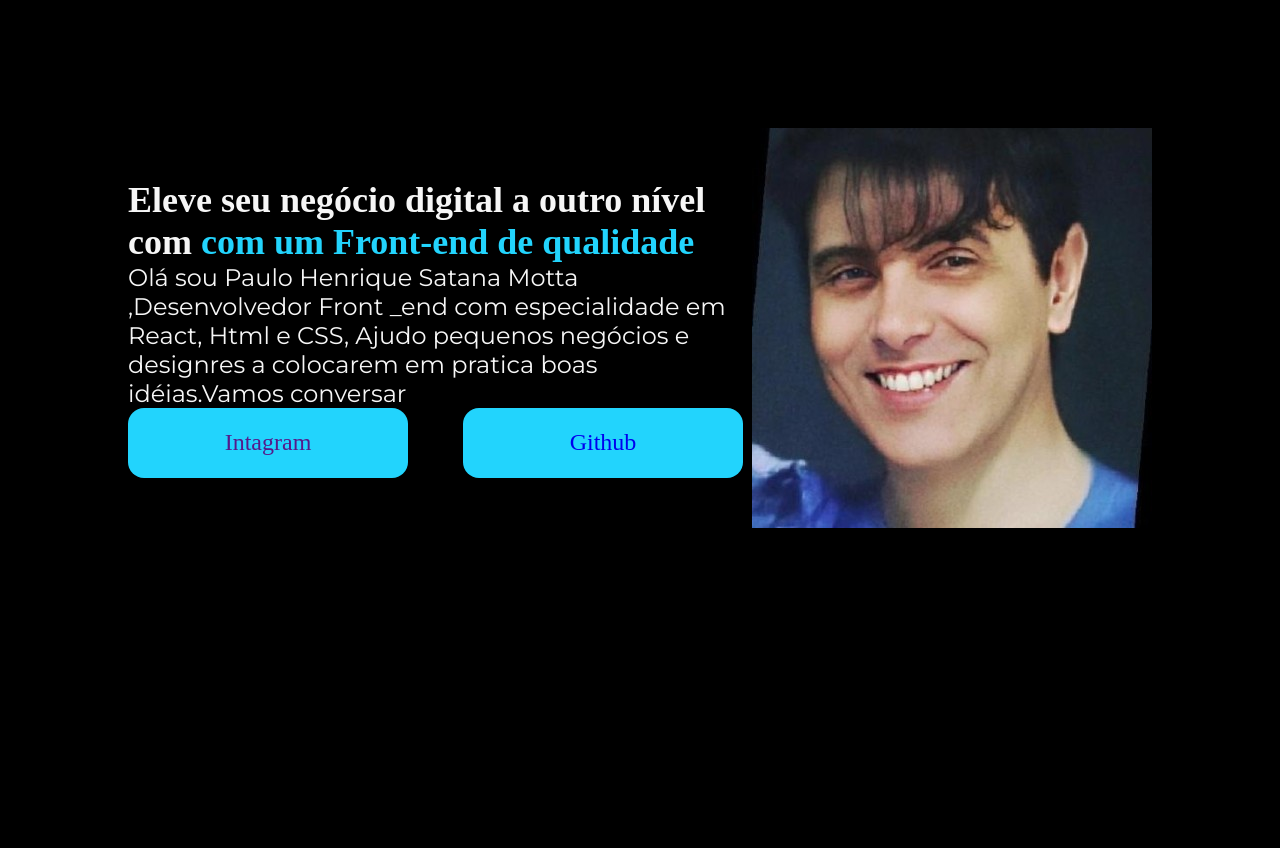
Repository: phsmottanerd/projeto-portfolio-alura
Page: index.html
An editor plug-in stored every save of this project. The page is shown before and after the next save, followed by the edit.
The browser window is 1280 px wide. The pictures show the whole page.
Some web fonts or font styles are not loaded; a fallback is used.

Above is the page before, as saved 2025-01-24 02:22:19.

After the next save:
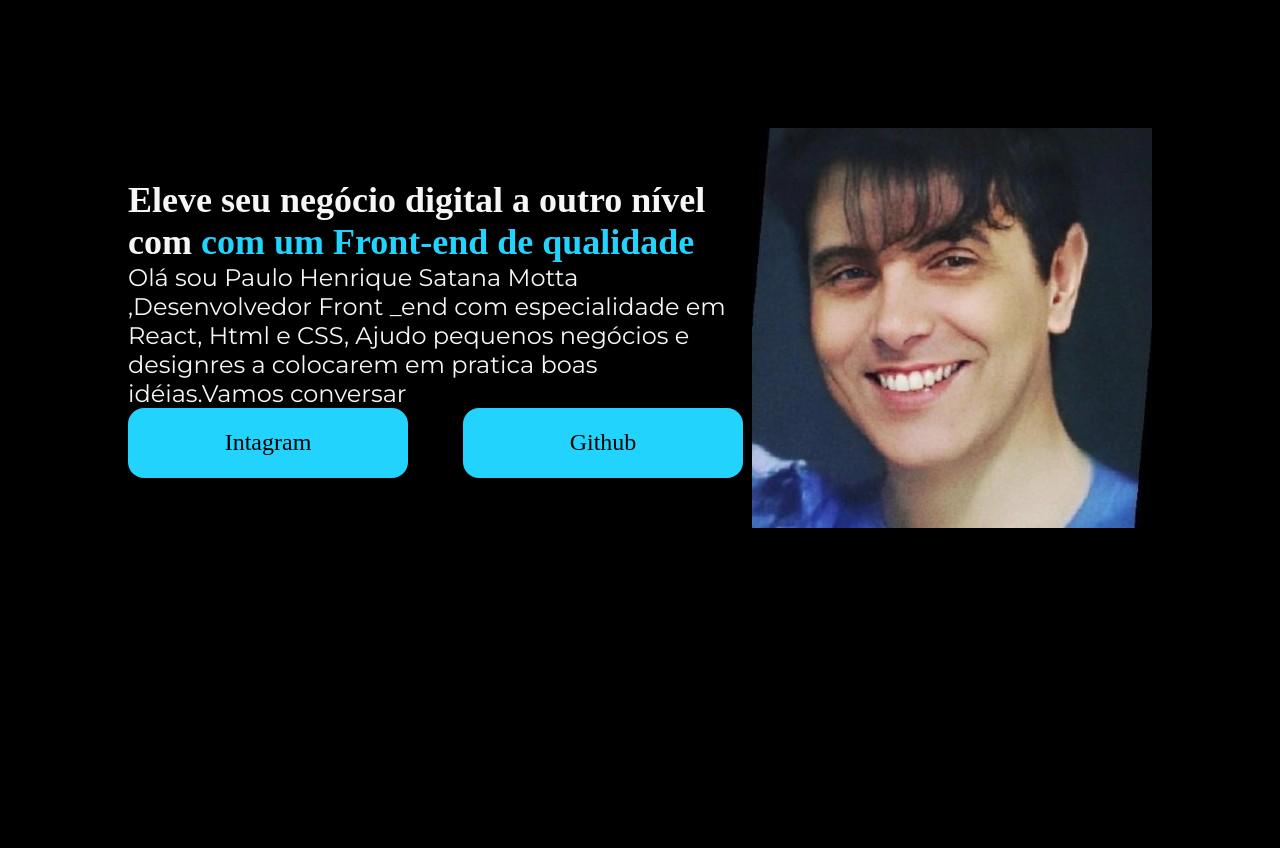
Saved 42 s later.
--- a/style.css
+++ b/style.css
@@ -45,6 +45,6 @@ border-radius: 16px;
 font-size:24px;
 padding: 21.5px 0;
 text-decoration:none;
-color:#00000;
+color:#000000;
 
 }
